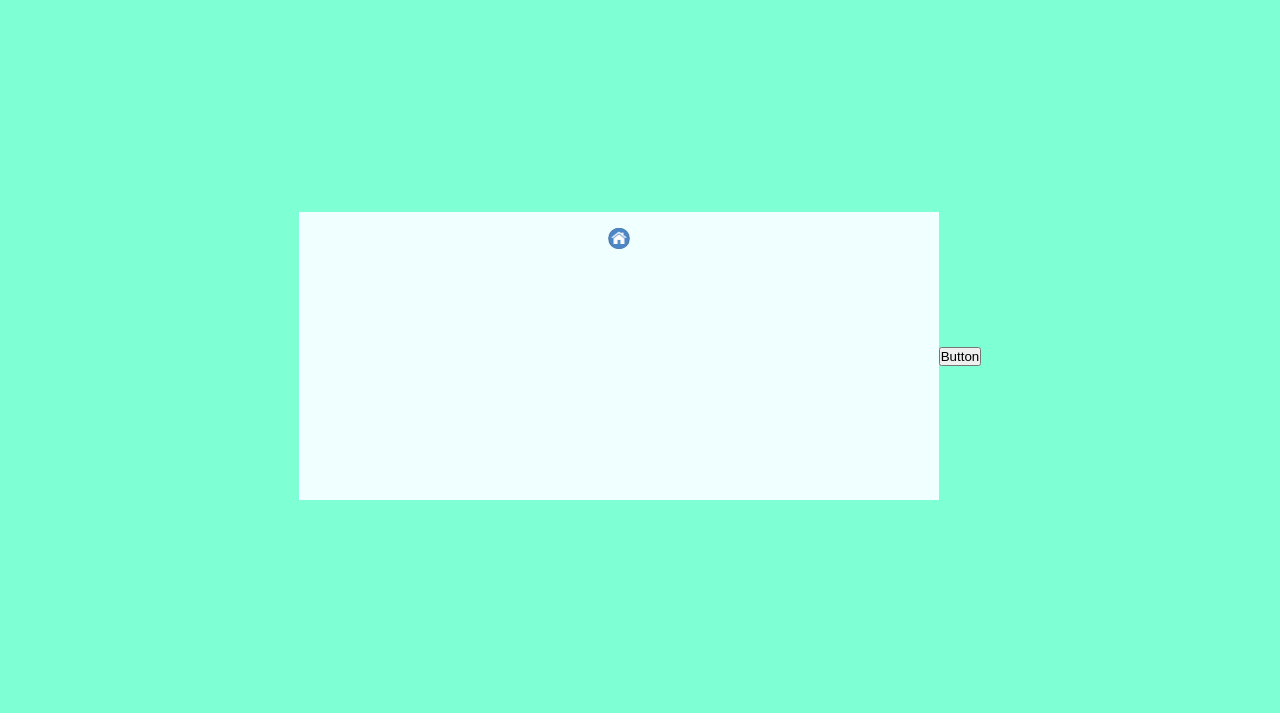
Repository: gitveerak/git-message-chat
Page: demo/demo.html
These files come from the project's save history. The page is drawn as it stood at one moment and after the next save; the edit follows.
The browser window is 1280 px wide. The pictures show the whole page.

Above is the page before, as saved 2025-04-19 16:38:11.

After the next save:
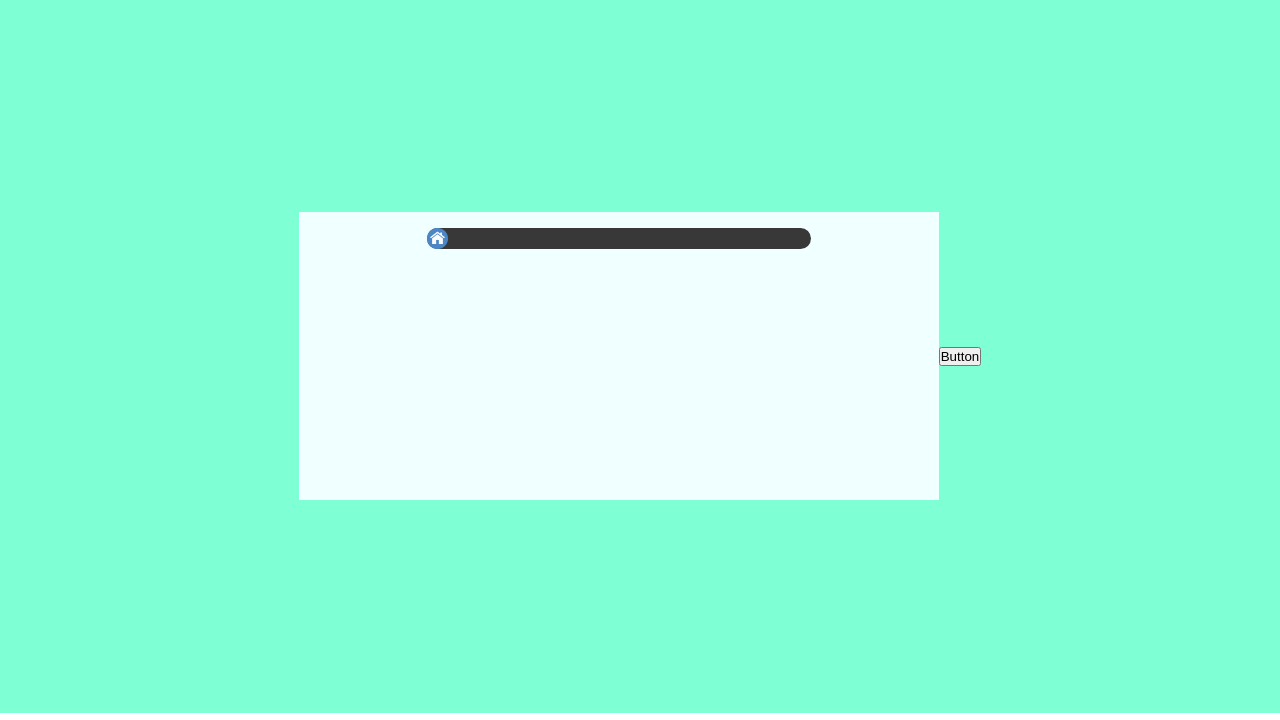
Saved 13 s later.
--- a/demo/demo.html
+++ b/demo/demo.html
@@ -35,7 +35,7 @@
                     transform: translateX(-50%);
                     background-color: rgb(56, 56, 56);
                     border-radius: 1em;
-                    /* animation: icon 1s ease forwards; */
+                    animation: icon 1s ease forwards;
                     .img_icon{
                         vertical-align: bottom;}
                 }

After the save that followed:
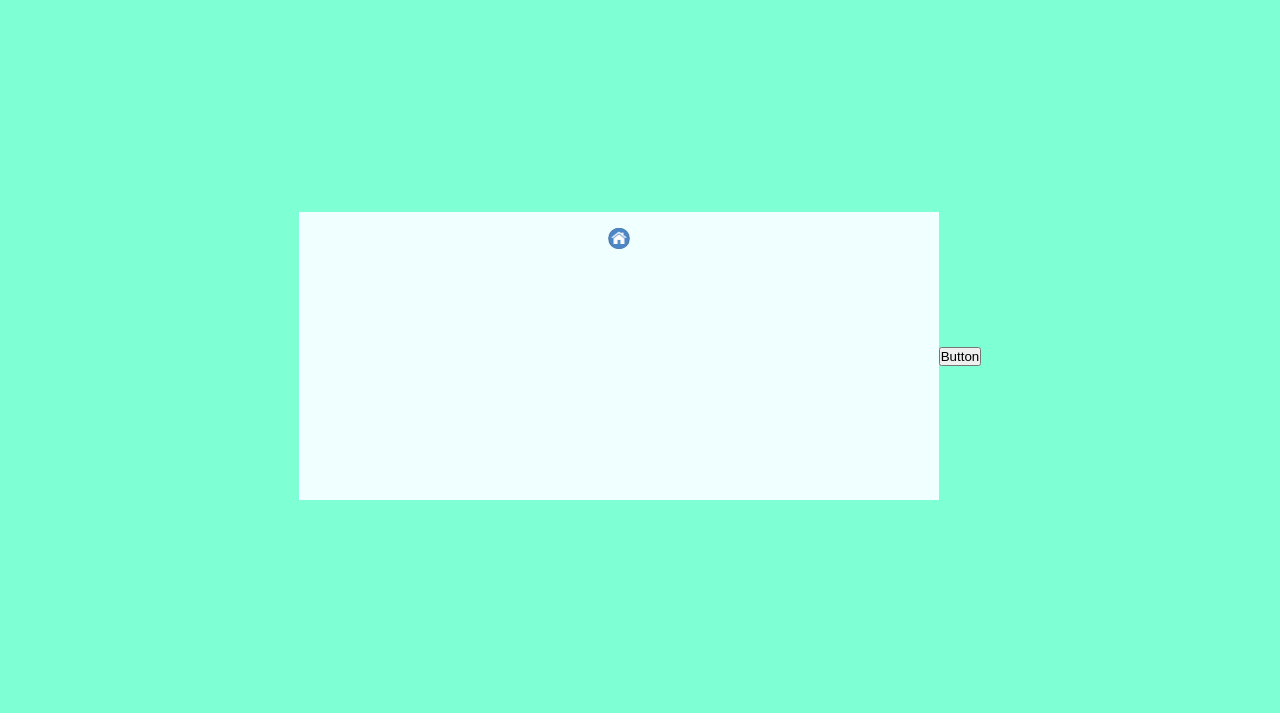
Saved 52 s later.
--- a/demo/demo.html
+++ b/demo/demo.html
@@ -35,8 +35,9 @@
                     transform: translateX(-50%);
                     background-color: rgb(56, 56, 56);
                     border-radius: 1em;
-                    animation: icon 1s ease forwards;
+                    /* animation: icon 1s ease forwards; */
                     .img_icon{
+                        animation: img_icon 1s ease forwards;
                         vertical-align: bottom;}
                 }
             }
